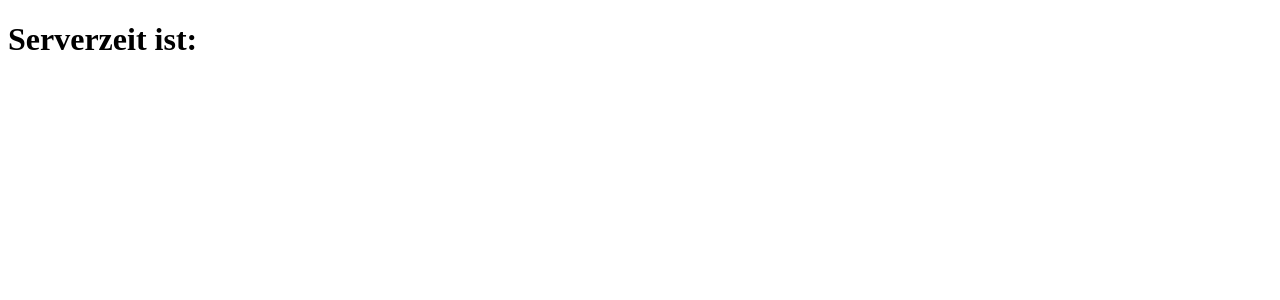
Repository: beerfekt/iprog
Page: uebungen/ue9/WebContent/Aufgabe4.html
An editor plug-in stored every save of this project. The page is shown before and after the next save, followed by the edit.
The browser window is 1280 px wide. The pictures show the whole page.

Above is the page before, as saved 2018-01-21 17:19:32.
Console error: TypeError: Cannot set properties of null (setting 'innerHTML')
Not found: uebungen/ue9/WebContent/time

### uebungen/ue9/WebContent/Aufgabe4.html
<!DOCTYPE html>
<html>
	<head>
		<meta charset="UTF-8">
		<title>Ue9 - Aufgabe 4</title>
	</head>
    <script>


        window.onload = function () {
            setInterval(showDate, 500);
        }
        //Ajax
        function showDate() {

            var output = document.getElementById("time");
            var xmlhttp = new XMLHttpRequest();

            xmlhttp.onreadystatechange = function () {
                if (xmlhttp.readyState == XMLHttpRequest.DONE) {
                    output.innerHTML = xmlhttp.responseText;
                }
            }

            xmlhttp.open("GET", "time", true); //basteln
            xmlhttp.send();                    //senden
        }
    </script>

	<body>
		<h1>Serverzeit ist:</h1>
		<h3 id="ausgabe"></h3>

		<!-- Periodische (setIntervall) Anfrage im Hintergrund (Javascript AJAX) welche vom Servlet beantwortet wird  -->
		<!--   <script src="js/ajax.js"></script> -->
	</body>
</html>

After the next save:
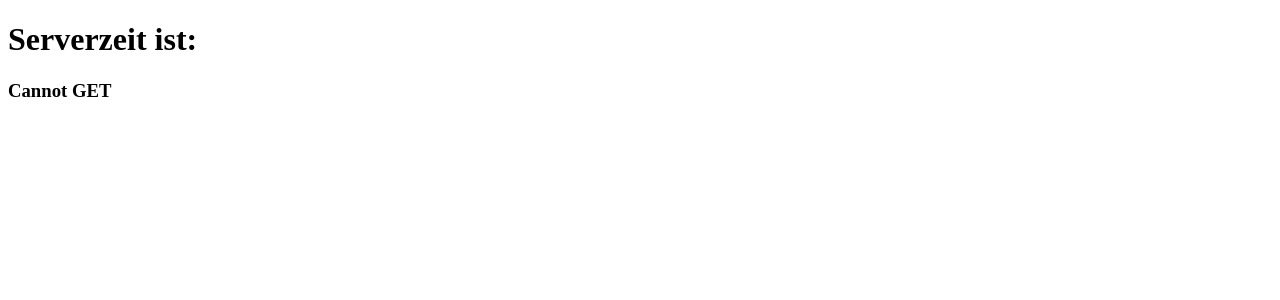
The error is gone.
Saved 5 s later.
--- a/uebungen/ue9/WebContent/Aufgabe4.html
+++ b/uebungen/ue9/WebContent/Aufgabe4.html
@@ -13,7 +13,7 @@
         //Ajax
         function showDate() {
 
-            var output = document.getElementById("time");
+            var output = document.getElementById("ausgabe");
             var xmlhttp = new XMLHttpRequest();
 
             xmlhttp.onreadystatechange = function () {
